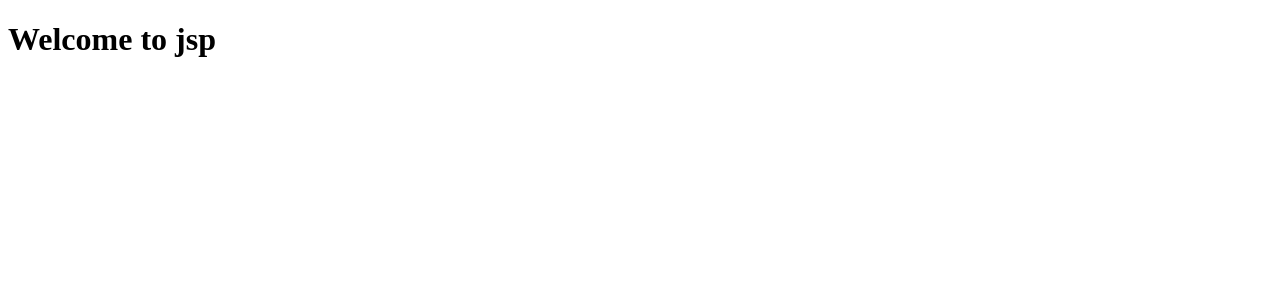
Repository: LUKKAROSHINI/Enterprise-Programming
Page: http://localhost/JspDemo/hello.jsp
An editor plug-in stored every save of this project. The page is shown before and after the next save, followed by the edit.
The browser window is 1280 px wide. The pictures show the whole page.
The page is served by Tomcat 9.

Above is the page before, as saved 2024-06-17 09:04:43.

After the next save:
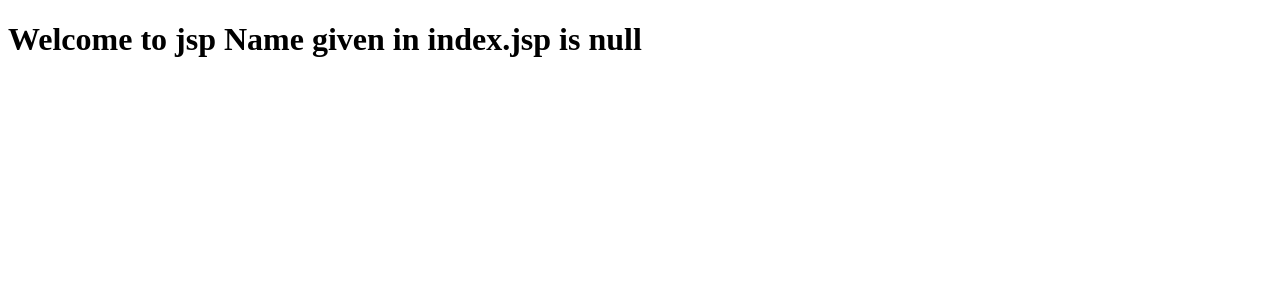
Saved 10 min 38 s later.
--- a/JspDemo/src/main/webapp/hello.jsp
+++ b/JspDemo/src/main/webapp/hello.jsp
@@ -5,11 +5,15 @@
 <head>
 <meta charset="UTF-8">
 <title>Insert title here</title>
+<h1>
+</h1>
 </head>
 <body>
 <h1>
 <%
  out.println("Welcome to jsp");
+String name = request.getParameter("str");
+out.print("Name given in index.jsp is "+name);
 
 %>
 </h1>
